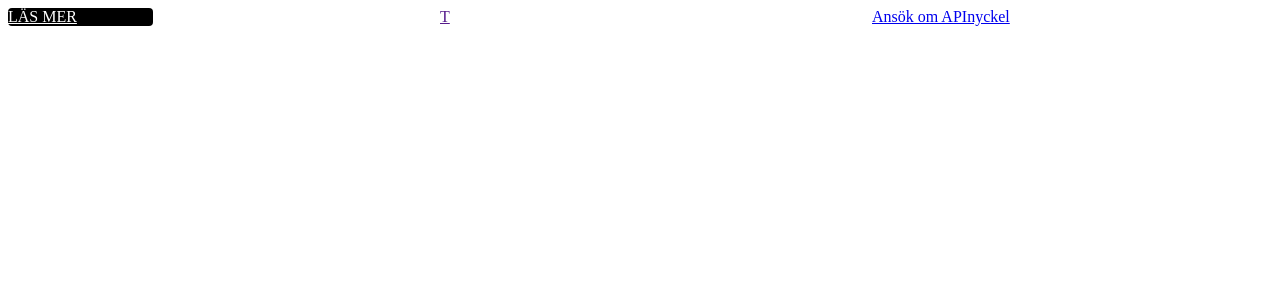
Repository: rudasn/docsy-cms-netlify
Page: layouts/partials/link.html
The author's editor kept a copy of each file at every save. The page is drawn from the files as they stood at one save, then again after a run of saves.
The browser window is 1280 px wide. The pictures show the whole page.

Above is the page before, as saved 2021-05-11 12:51:42.

After the next 3 saves:
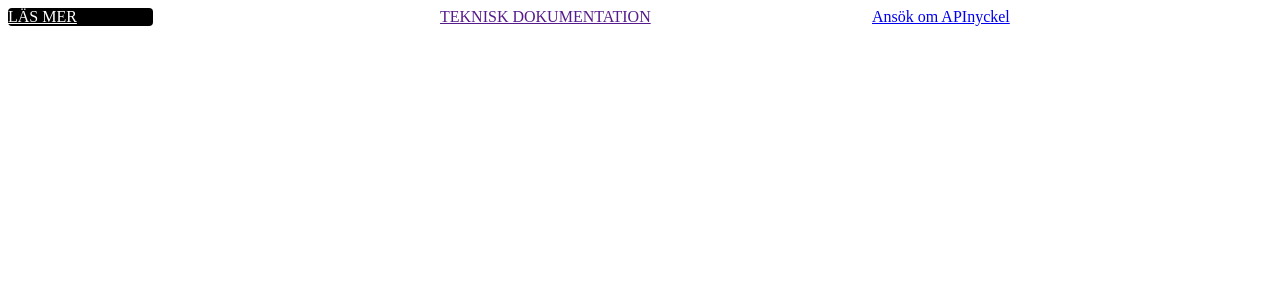
The 3 saves are shown as one change because they came seconds apart.
The last was saved 10 s later.
--- a/layouts/partials/link.html
+++ b/layouts/partials/link.html
@@ -45,7 +45,7 @@ float: right;
 
     <a class="button" href="">LÄS MER</a>
 
-    <a class="link_right " href="">T</a>
+    <a class="link_right " href="">TEKNISK DOKUMENTATION</a>
 
     <a class="link_right" href="https://apirequest.jobtechdev.se/">Ansök om APInyckel</a>
 
